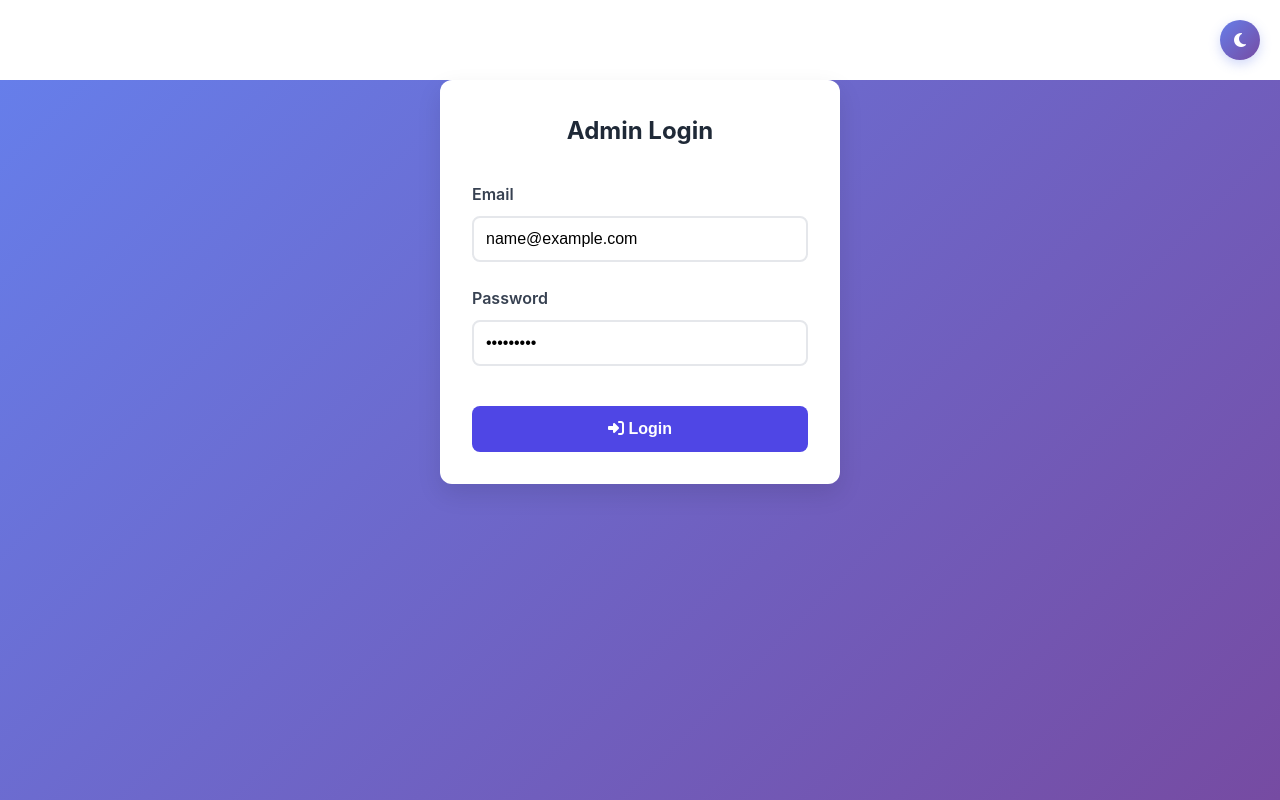
Repository: papykabukanyi/fasthelp
Page: public/admin.html
An editor plug-in stored every save of this project. The page is shown before and after the next save, followed by the edit.
The browser window is 1280 px wide. The pictures show the whole page.
Empty fields were first filled with sample values (such as "Sample", 5 or name@example.com).
After loading, the first visible `button.theme-toggle` was clicked once.

Above is the page before, as saved 2025-06-28 23:20:04.
Console error: ReferenceError: toggleTheme is not defined

After the next save:
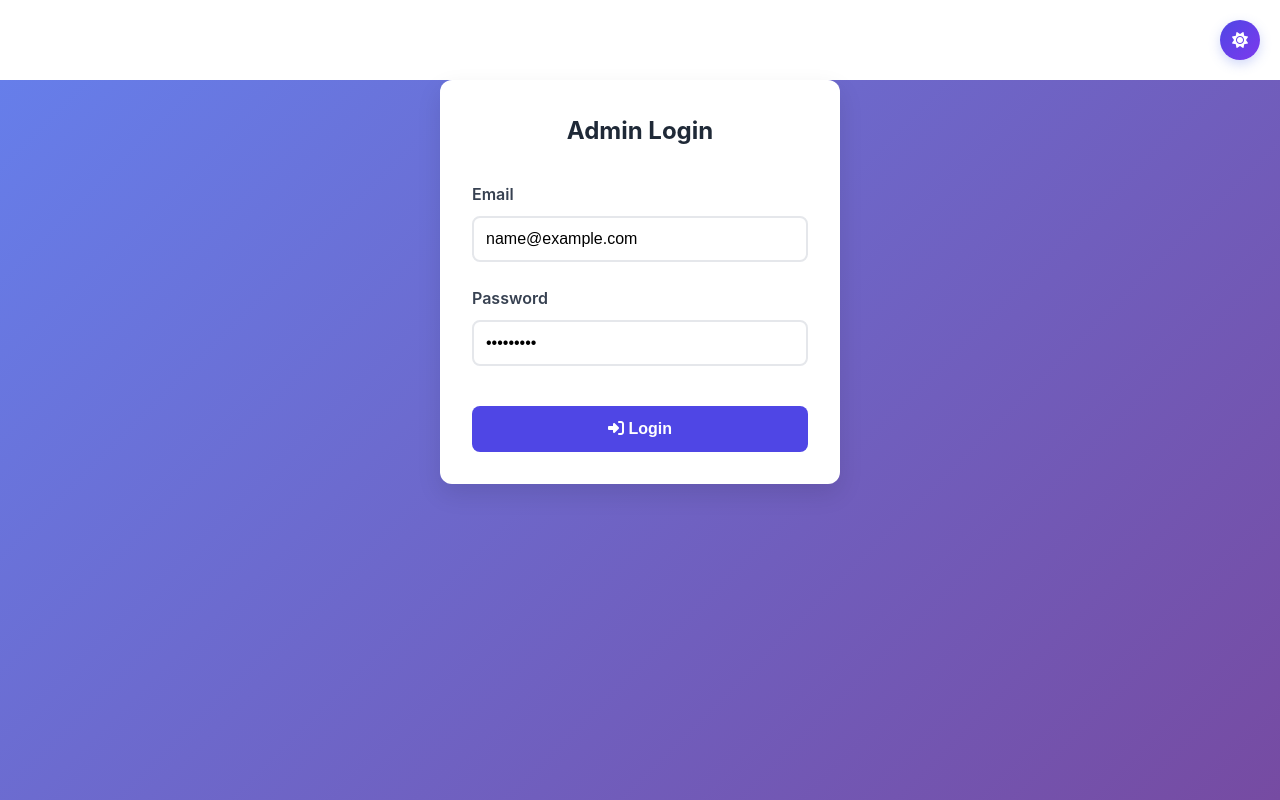
The error is gone.
Saved 32 s later.
--- a/public/admin.html
+++ b/public/admin.html
@@ -466,6 +466,37 @@
 
     <script src="/js/main.js"></script>
     <script>
+        // Dark mode functionality
+        function toggleTheme() {
+            const body = document.body;
+            const icon = document.getElementById('theme-icon');
+
+            body.classList.toggle('dark-mode');
+
+            if (body.classList.contains('dark-mode')) {
+                icon.className = 'fas fa-sun';
+                localStorage.setItem('theme', 'dark');
+            } else {
+                icon.className = 'fas fa-moon';
+                localStorage.setItem('theme', 'light');
+            }
+        }
+
+        // Initialize theme on page load
+        document.addEventListener('DOMContentLoaded', function() {
+            const savedTheme = localStorage.getItem('theme');
+            const body = document.body;
+            const icon = document.getElementById('theme-icon');
+
+            if (savedTheme === 'dark') {
+                body.classList.add('dark-mode');
+                icon.className = 'fas fa-sun';
+            } else {
+                icon.className = 'fas fa-moon';
+            }
+        });
+
+        // Admin panel functionality
         class AdminPanel {
             constructor() {
                 this.token = localStorage.getItem('adminToken');
